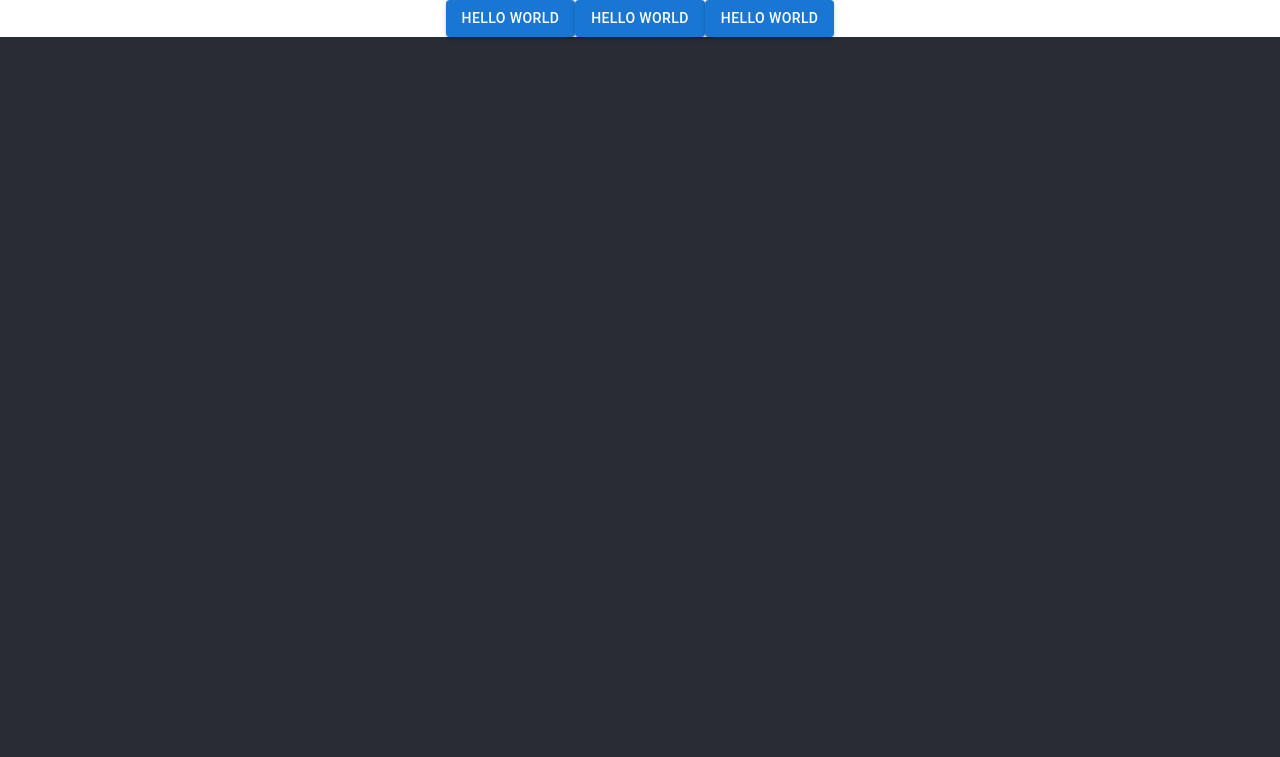
Repository: moussia/ProjetAnnuel5
Page: / (app in projet/)
These files come from the project's save history. The page is drawn as it stood at one moment and after a run of saves; the edit follows.
The browser window is 1280 px wide. The pictures show the whole page.
The project was rebuilt for these pictures with package versions that can differ from the ones it lists, and the page was loaded fresh each time. A package was used in the major version that the imports need, not the one package.json lists.

Above is the page before, as saved 2022-02-17 14:34:40.

### projet/src/App.js
import './App.css';
import Button from '@mui/material/Button';
import {
  BrowserRouter as Router,
  Switch,
  Route,
  Link
} from "react-router-dom";

function App() {
  return (

    <div className="App">
      <Button variant="contained">Hello World</Button>
      <Button variant="contained">Hello World</Button>
      <Button variant="contained">Hello World</Button>

      <header className="App-header">
        <meta name="viewport" content="initial-scale=1, width=device-width" />
      </header>
    </div>
  );
}

export default App;

Loaded but not shown: projet/public/index.html (common file); projet/src/index.js (common file); projet/src/index.css (common file); projet/src/reportWebVitals.js (common file); projet/src/App.css (common file)

After the next 4 saves:
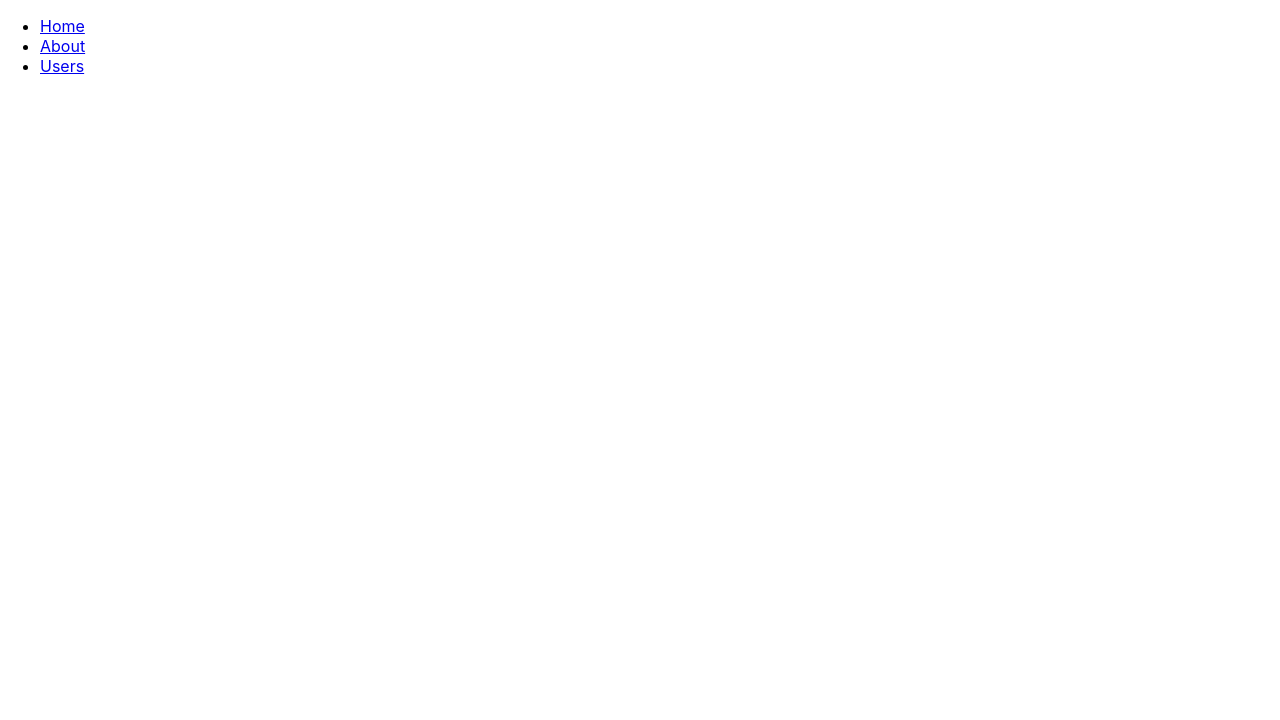
The 4 saves are shown as one change because 1 did not build or start and some came seconds apart.
The last was saved 64 s later.
--- a/projet/src/App.js
+++ b/projet/src/App.js
@@ -9,16 +9,34 @@
 
 function App() {
   return (
+    <Router>
+      <div>
+        <nav>
+          <ul>
+            <li>
+              <Link to="/">Home</Link>
+            </li>
+            <li>
+              <Link to="/about">About</Link>
+            </li>
+            <li>
+              <Link to="/users">Users</Link>
+            </li>
+          </ul>
+        </nav>
 
-    <div className="App">
-      <Button variant="contained">Hello World</Button>
-      <Button variant="contained">Hello World</Button>
-      <Button variant="contained">Hello World</Button>
-
-      <header className="App-header">
-        <meta name="viewport" content="initial-scale=1, width=device-width" />
-      </header>
-    </div>
+        {/* A <Switch> looks through its children <Route>s and
+            renders the first one that matches the current URL. */}
+        <Switch>
+          <Route path="/about">
+          </Route>
+          <Route path="/users">
+          </Route>
+          <Route path="/">
+          </Route>
+        </Switch>
+      </div>
+    </Router>
   );
 }
 

After the 5 saves that followed:
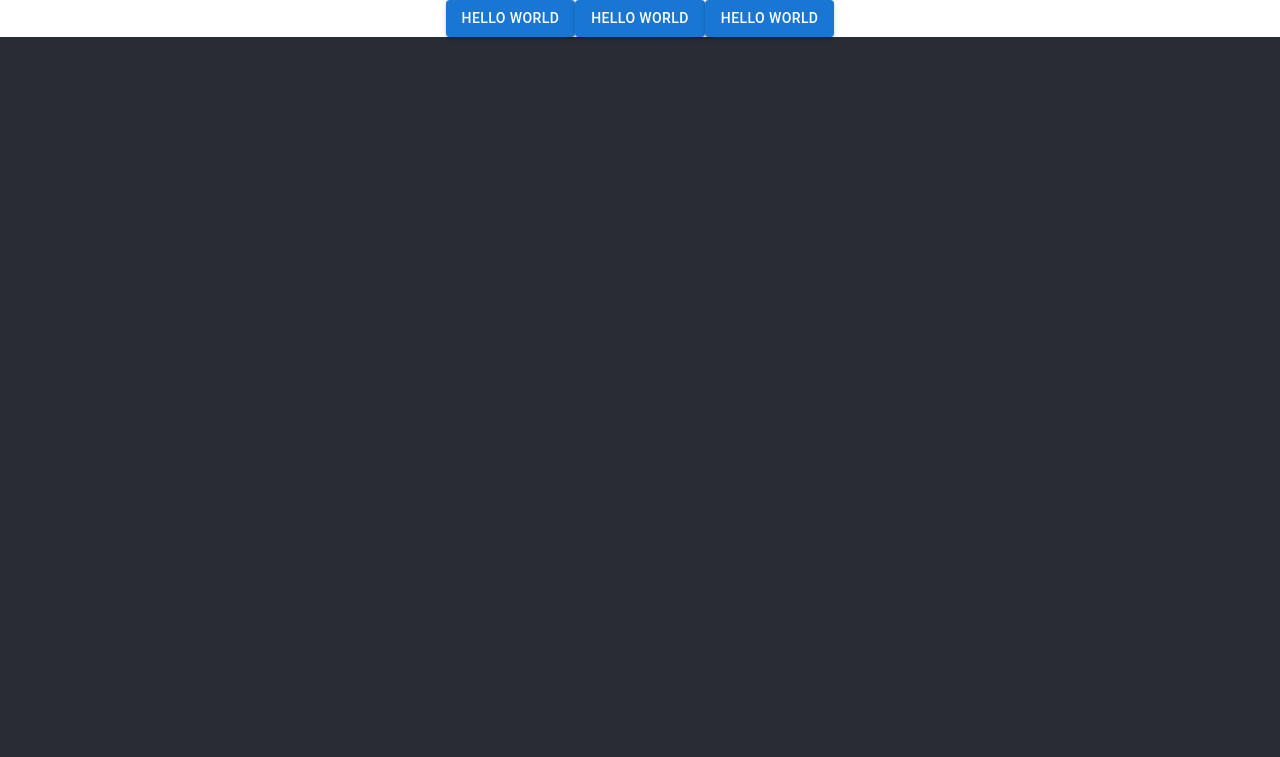
The 5 saves are shown as one change because 1 did not build or start and 3 left the picture as it was.
The last was saved 100 s later.
--- a/projet/src/App.js
+++ b/projet/src/App.js
@@ -9,34 +9,16 @@
 
 function App() {
   return (
-    <Router>
-      <div>
-        <nav>
-          <ul>
-            <li>
-              <Link to="/">Home</Link>
-            </li>
-            <li>
-              <Link to="/about">About</Link>
-            </li>
-            <li>
-              <Link to="/users">Users</Link>
-            </li>
-          </ul>
-        </nav>
 
-        {/* A <Switch> looks through its children <Route>s and
-            renders the first one that matches the current URL. */}
-        <Switch>
-          <Route path="/about">
-          </Route>
-          <Route path="/users">
-          </Route>
-          <Route path="/">
-          </Route>
-        </Switch>
-      </div>
-    </Router>
+    <div className="App">
+      <Button variant="contained">Hello World</Button>
+      <Button variant="contained">Hello World</Button>
+      <Button variant="contained">Hello World</Button>
+
+      <header className="App-header">
+        <meta name="viewport" content="initial-scale=1, width=device-width" />
+      </header>
+    </div>
   );
 }
 
